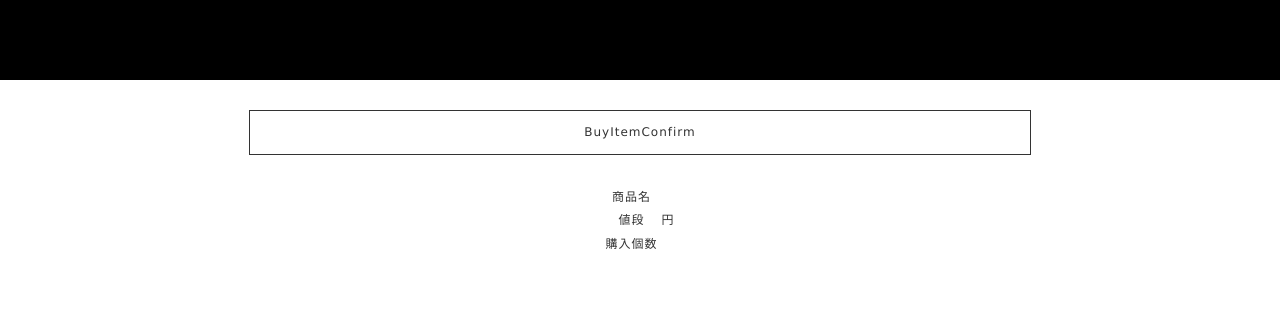
Repository: hagihara-eisuke01/Ecsite
Page: http://localhost/template/buyItemConfirm.jsp
An editor plug-in stored every save of this project. The page is shown before and after the next save, followed by the edit.
The browser window is 1280 px wide. The pictures show the whole page.
The page is served by Tomcat 9. Other server files are loaded and not shown.

Above is the page before, as saved 2019-12-12 15:47:05.

### template/WebContent/buyItemConfirm.jsp
<%@ page language="java" contentType="text/html; charset=UTF-8"
    pageEncoding="UTF-8"%>
<%@ taglib prefix="s" uri="/struts-tags" %>
<!DOCTYPE html>
<html>
<head>
<meta charset="UTF-8">
<link rel="stylesheet" type="text/css" href="./css/style.css">
<title>BuyItemConfirm画面</title>
</head>
<body>

<div id="header"></div>
<div id="main">
  <div id="top">
    <p>BuyItemConfirm</p>
  </div>
  <div>
    <s:form action="BuyItemConfirmAction">
      <table>
        <tr>
          <td>商品名</td>
          <td><s:property value="session.buyItem_name"/></td>
        </tr>
        <tr>
          <td>値段</td>
          <td>
            <s:property value="session.buyItem_price"/>
              <span>円</span>
          </td>
        </tr>
        <tr>
          <td>購入個数</td>
        </tr>
      </table>
    </s:form>
  </div>
</div>

</body>
</html>

### template/WebContent/css/style.css
body{
	margin:0;
	padding:0;
	line-height:1.6;
	letter-spacing:1px;
	font-family:verdana, Helvetica, sans-serif;
	font-size:12px;
	color:#333;
	background:#fff;
}

table{
	text-align:center;
	margin:0 auto;
}

#top{
	width:780px;
	margin:30px auto;
	border:1px solid #333;
}

#header{
	width:100%;
	height:80px;
	background-color:black;
}

#main{
	width:100%;
	height:500px;
	text-align:center;
}

#footer{
	width:100%;
	height80px;
	background-color:black;
	clear:both;
}

After the next save:
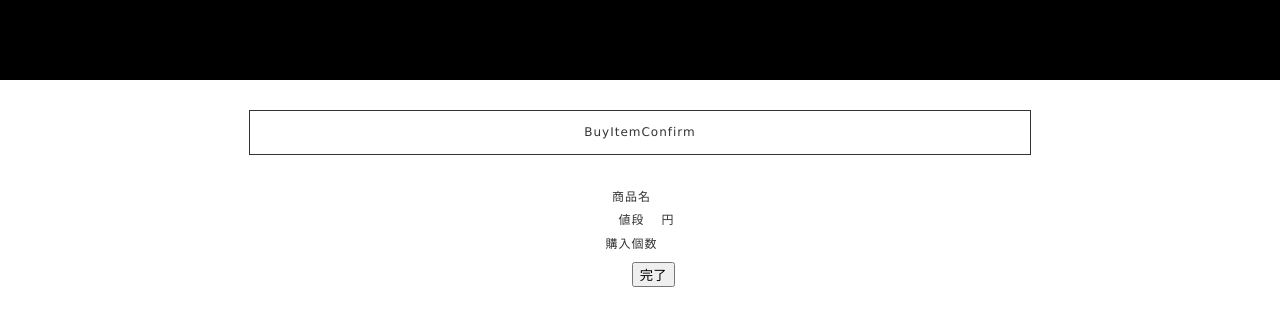
Saved 2 min 9 s later.
--- a/template/WebContent/buyItemConfirm.jsp
+++ b/template/WebContent/buyItemConfirm.jsp
@@ -31,11 +31,16 @@
         </tr>
         <tr>
           <td>購入個数</td>
+          <td>
+            <s:property value="session.pay"/></td>
+        </tr>
+        <tr>
+          <td><s:submit value="完了" /></td>
         </tr>
       </table>
     </s:form>
   </div>
 </div>
-
+<div id="footer"></div>
 </body>
 </html>
